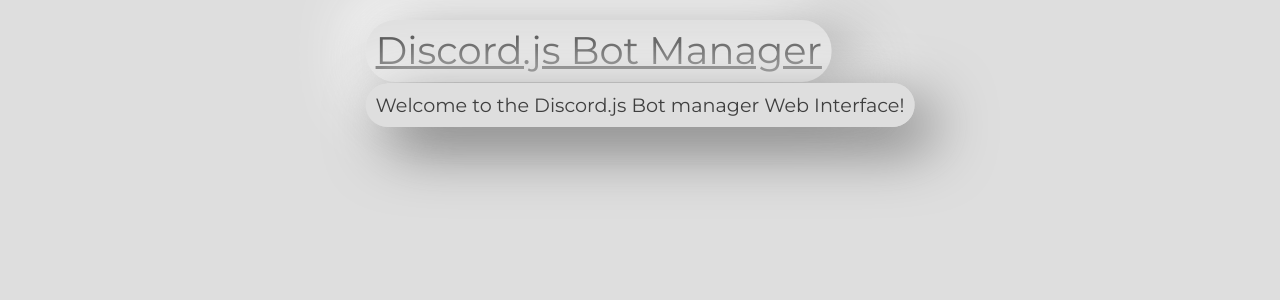
Repository: O-Schell/Discord-Bot-Manager
Page: Web_Interface/main.HTML
These files come from the project's save history. The page is drawn as it stood at one moment and after the next save; the edit follows.
The browser window is 1280 px wide. The pictures show the whole page.
The style sheet was rebuilt from its Sass, Less or Tailwind sources for each picture, by a compiler version that may differ from the author's.

Above is the page before, as saved 2020-11-24 20:03:33.
Not found: Web_Interface/script.js

After the next save:
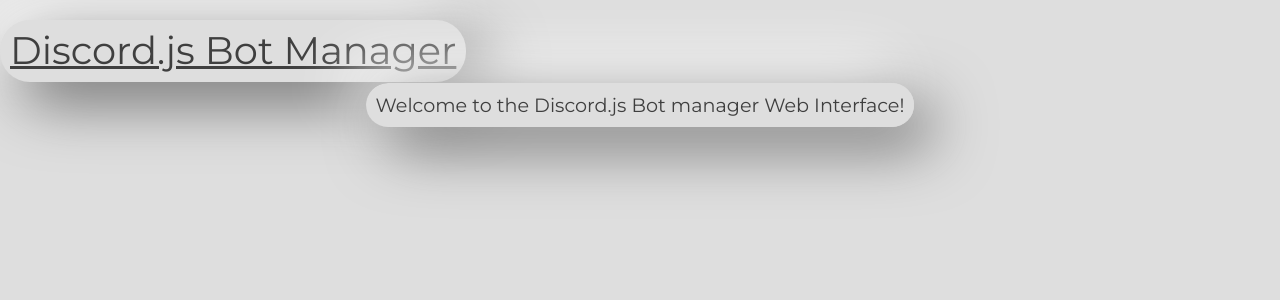
Saved 42 s later.
--- a/Web_Interface/style.scss
+++ b/Web_Interface/style.scss
@@ -19,9 +19,7 @@
 }
 
 .title {
-  position: fixed;
-  left: 50%;
-  transform: translate(-50%);
+  text-align: center;
 }
 
 .neumorphism {

After the save that followed:
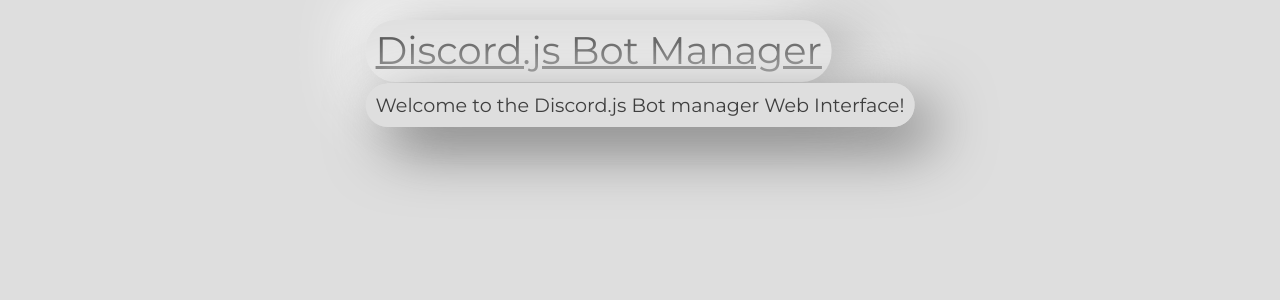
Saved 8 s later.
--- a/Web_Interface/style.scss
+++ b/Web_Interface/style.scss
@@ -19,7 +19,9 @@
 }
 
 .title {
-  text-align: center;
+  position: fixed;
+  left: 50%;
+  transform: translate(-50%);
 }
 
 .neumorphism {
